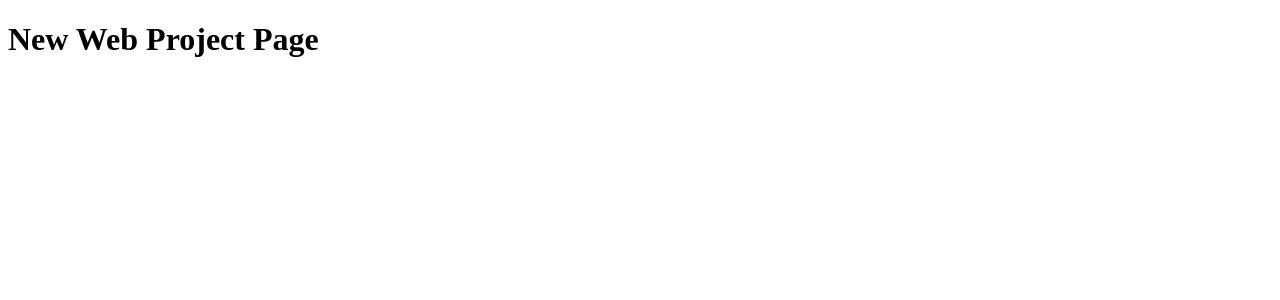
Repository: seantao97/publicProjects
Page: GuessTwoo/v8/Aptana Javascript/Trial/new_file.html
An editor plug-in stored every save of this project. The page is shown before and after the next save, followed by the edit.
The browser window is 1280 px wide. The pictures show the whole page.

Above is the page before, as saved 2016-07-20 02:14:11.

After the next save:
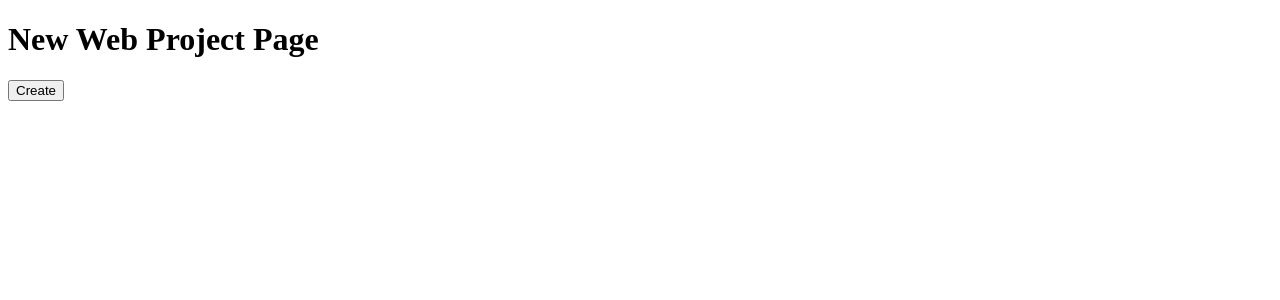
Saved 20 h 30 min later.
--- a/GuessTwoo/v8/Aptana Javascript/Trial/new_file.html
+++ b/GuessTwoo/v8/Aptana Javascript/Trial/new_file.html
@@ -8,5 +8,6 @@
 	</head>
 	<body>
 		<h1>New Web Project Page</h1>
+		<button id="create">Create</button>
 	</body>
 </html>
